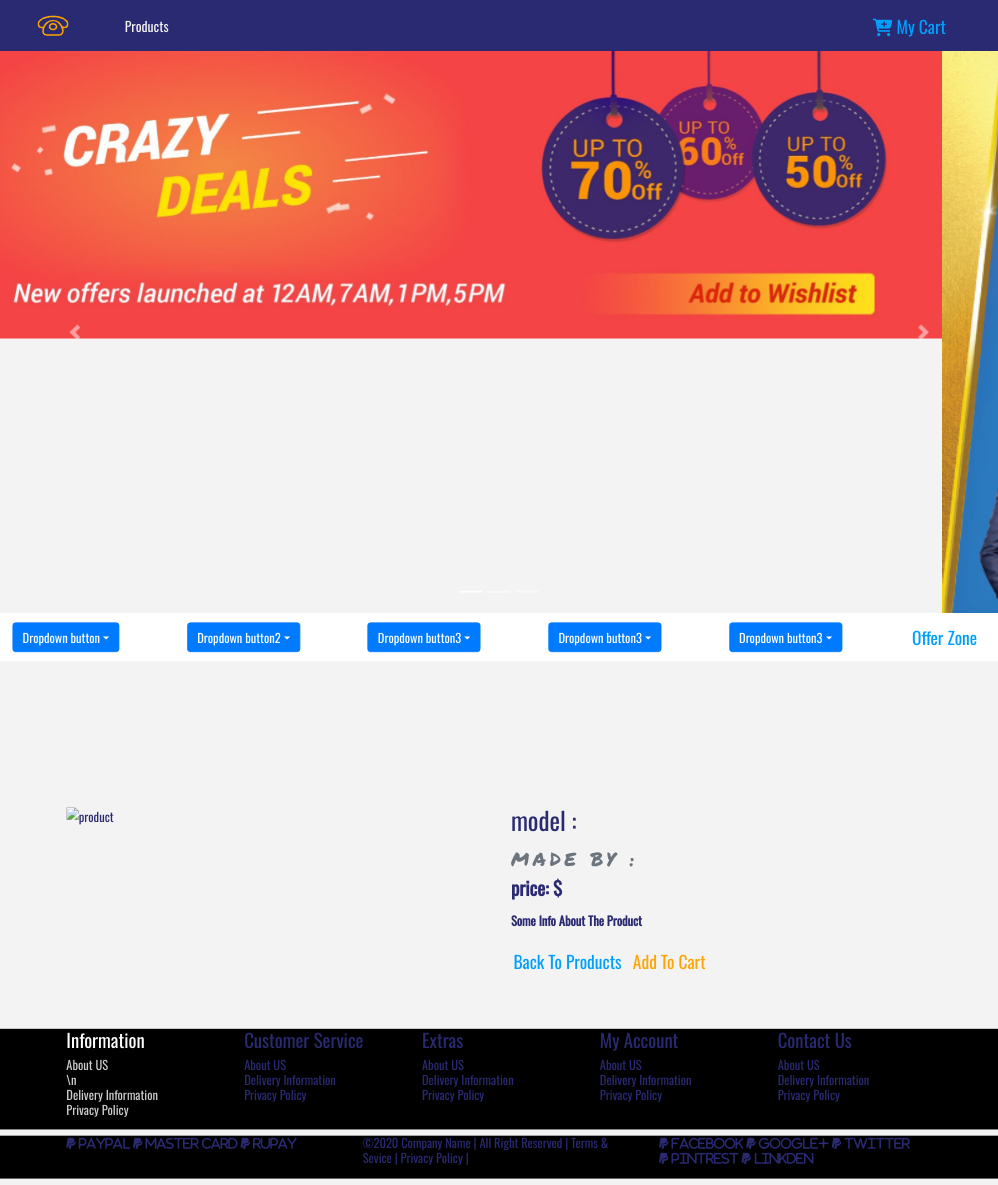
Repository: aditya1068/Online-Store
Page: /details
The author's editor kept a copy of each file at every save. The page is drawn from the files as they stood at one save, then again after the next save.
The browser window is 1280 px wide. The pictures show the whole page, at 78% of full size.
Some web libraries are served in a nearby version. The project was rebuilt for these pictures with package versions that can differ from the ones it lists, and the page was loaded fresh each time. Also part of the build but not shown: src/components/Products.js, src/components/Title.js, src/components/ProductsList.js, src/components/Cart.js, src/components/Default.js.

Above is the page before, as saved 2020-04-03 03:35:22.

### public/index.html
<!DOCTYPE html>
<html lang="en">
  <head>
    <meta charset="utf-8" />
    <link rel="icon" href="%PUBLIC_URL%/favicon.ico" />
    <meta name="viewport" content="width=device-width, initial-scale=1" />
    <meta name="theme-color" content="#000000" />
    <meta
      name="description"
      content="Web site created using create-react-app"
    />
    <link rel="apple-touch-icon" href="%PUBLIC_URL%/logo192.png" />
    <!--
      manifest.json provides metadata used when your web app is installed on a
      user's mobile device or desktop. See https://developers.google.com/web/fundamentals/web-app-manifest/
    -->
    <link rel="manifest" href="%PUBLIC_URL%/manifest.json" />
    <!--
      Notice the use of %PUBLIC_URL% in the tags above.
      It will be replaced with the URL of the `public` folder during the build.
      Only files inside the `public` folder can be referenced from the HTML.

      Unlike "/favicon.ico" or "favicon.ico", "%PUBLIC_URL%/favicon.ico" will
      work correctly both with client-side routing and a non-root public URL.
      Learn how to configure a non-root public URL by running `npm run build`.
    -->
    <!--Google Fonts-->
    <link href="https://fonts.googleapis.com/css?family=Oswald|Permanent+Marker&display=swap" rel="stylesheet">

    <!--Font Awesome-->
    <script src="https://kit.fontawesome.com/7ff98d2d13.js" crossorigin="anonymous"></script>
    <title>Store</title>
  </head>
  <body>
    <noscript>You need to enable JavaScript to run this app.</noscript>
    <div id="root"></div>
    <!--
      This HTML file is a template.
      If you open it directly in the browser, you will see an empty page.

      You can add webfonts, meta tags, or analytics to this file.
      The build step will place the bundled scripts into the <body> tag.

      To begin the development, run `npm start` or `yarn start`.
      To create a production bundle, use `npm run build` or `yarn build`.
    -->
  </body>
</html>

### src/index.js
import React from 'react';
import ReactDOM from 'react-dom';
import './index.css';
import 'bootstrap';
//import 'bootstrap/dist/css/bootstrap.css';
//import 'bootstrap/dist/js/bootstrap.js';
import App from './App';
import { BrowserRouter as Router } from 'react-router-dom';
import {ProductProvider } from './context';
import * as serviceWorker from './serviceWorker';

ReactDOM.render(
    <ProductProvider>

    <Router>
    <App/>
    </Router>

    </ProductProvider>,



 document.getElementById('root'));

// If you want your app to work offline and load faster, you can change
// unregister() to register() below. Note this comes with some pitfalls.
// Learn more about service workers: https://bit.ly/CRA-PWA
serviceWorker.unregister();

### src/App.js
import React, { Component } from "react";
import {Route,Switch} from 'react-router-dom';
import { BrowserRouter as  Router} from 'react-router-dom';
import './App.css';
import "bootstrap/dist/css/bootstrap.min.css";
import Navbar from "./components/Navbar";
import Navbar1 from "./components/Navbar1";
import ProductsList from "./components/ProductsList";
import Details from "./components/Details";
import Cart from "./components/Cart";
import Default from "./components/Default";
import Modal from './components/Modal';
import Slider from "./components/Slider";
import Footer from "./components/Footer";
import Footer2 from "./components/Footer2";

class App extends Component {
  render() {
    return(

      <Router>
        <Navbar />
        <Slider />
        <Navbar1 />

          <Switch>
            <Route path ="/" exact component ={
              () => (<ProductsList></ProductsList>)
            } />

            <Route path ="/details" exact component ={
              () => (<Details></Details>)
             } />

            <Route path ="/cart" exact component ={
              () => (<Cart></Cart>)
            } />

              <Route  component ={
              () => (<Default></Default>)
            } />

              </Switch>

            <Modal />
            <Footer /> <Footer2 />

  </Router>

    );
  }
}

export default App;

### src/context.js
import React, { Component } from 'react';
import { storeProducts, detailProduct } from './data';

const ProductContext = React.createContext();
// Provider
// Consumer

class ProductProvider extends Component {
   state = {
     products: [],
     detailProduct: detailProduct,
     cart: [],
     modalOpen: false,
     modalProduct: detailProduct,
     cartSubTotal: 0,
     cartTax: 0,
     CartTotal: 0,
   };

   componentDidMount() {
     this.setProducts();
   }

   setProducts = () => {
     let tempProducts = [];
     storeProducts.forEach(item => {
       const singleItem = { ...item };
       tempProducts = [...tempProducts, singleItem];
     });
     this.setState(() => {
       return { products: tempProducts };
     });
   };

    getItem = (id) => {
      const product = this.state.products.find(item => item.id === id);
      return product;
    };

   handleDetail =(id) => {
     const product = this.getItem(id);
     this.setState(() => {
       return { detailProduct:product };
     });
   };

 addToCart =(id) => {
   let tempProducts = [...this.state.products];
   const index = tempProducts.indexOf(this.getItem(id));
   const product = tempProducts[index];
   product.inCart = true;
   product.count = 1;
   const  price  = product.price;
   product.total = price;
   this.setState(() => {
     return { products: tempProducts, cart: [...this.state.cart, product] };
   },
   () => {
     this.addTotals();
   });
 };

    openModal = id => {
      const product = this.getItem(id);
      this.setState(() => {
        return { modalProduct: product, modalOpen: true };
      });
    }

closeModal = () => {
  this.setState(() => {
    return { modalOpen: false };
  });
};

increment = (id) => {
  let tempCart = [...this.state.cart];
  const selectedProduct = tempCart.find(item=>item.id === id);

  const index = tempCart.indexOf(selectedProduct);
  const product = tempCart[index];

  product.count += 1;
  product.total = product.count * product.price;

  this.setState(() => {
    return { cart: [...tempCart] };
  },
  () => {
    this.addTotals();
  });
}

decrement = (id) => {
  let tempCart = [...this.state.cart];
  const selectedProduct = tempCart.find(item => item.id === id);

  const index = tempCart.indexOf(selectedProduct);
  const product = tempCart[index];
  product.count = product.count - 1;
  if (product.count === 0) {
    this.removeItem(id);
  } else {
    product.total = product.count * product.price;
    this.setState(() => {
      return { cart: [...tempCart] };
    },
    () => { this.addTotals(); });
  }
};

removeItem = (id) => {
  const tempProducts = [...this.state.products];
  let tempCart = [...this.state.cart];

  tempCart = tempCart.filter(item => item.id !== id);
  const index = tempProducts.indexOf(this.getItem(id));
  const removedProduct = tempProducts[index];
  removedProduct.inCart = false;
  removedProduct.Count = 0;
  removedProduct.total = 0;
  this.setState(() => {
    return {
      cart: [...tempCart],
      products: [...tempProducts],
    };
  });
}

clearCart =() => {
  this.setState(() => {
    return { cart: [] };
  }, () => {
    this.setProducts();
    this.addTotals();
  });
};

addTotals =() => {
  let subTotal = 0;
  this.state.cart.map(item => (subTotal += item.total));
  const tempTax = subTotal * .18;
  const tax = parseFloat(tempTax.toFixed(1));
  const total = subTotal + tax;
  this.setState(() => {
    return {
      cartSubTotal: subTotal,
      cartTax: tax,
      CartTotal: total,
    };
  });
};

render() {
  return (
    <ProductContext.Provider value={{
      ...this.state,
      handleDetail: this.handleDetail,
      addToCart: this.addToCart,
      openModal: this.openModal,
      closeModal: this.closeModal,
      increment: this.increment,
      decrement: this.decrement,
      removeItem: this.removeItem,
      clearCart: this.clearCart,
    }}
    >
      {this.props.children}
    </ProductContext.Provider>
  );
}
}


const ProductConsumer = ProductContext.Consumer;

export { ProductProvider, ProductConsumer };

### src/App.css
:root{
  --mainBlue: #2a2a72;
  --lightBlue: #009ffd;
  --mainWhite: #f3f3f3;
  --mainDark: #232528;
  --mainYellow: #ffa400;
}
body{
    font-family: 'Oswald', sans-serif !important;
    background: var(--mainWhite)!important;
    color: var(--mainBlue)!important ;
}
.text-title{
font-family: 'Permanent Marker', cursive;
letter-spacing: 0.3rem;
text-transform: uppercase;
}
.text-blue{
  color: var(--mainBlue);
}
.text-bright{
  color: var(--lightBlue);
}
.btn-black{
  background: transparent;
  text-transform: capitalize;
  font-size: 0.6rem !important;
  color: var(--mainDark);
  border-radius: 0 !important;
  border: 0.1rem solid var(--mainDark) !important;
}

.btn-black:hover{
  background: var(--mainDark) !important;
  color: var(--mainWhite) !important;
}

.cart-icon{
  cursor: pointer;
  font-size: 1.2rem;
  color: var(--mainYellow);
}

### src/components/Navbar.js
import React, { Component } from 'react';
import {Link} from 'react-router-dom';
import logo from "../logo.svg";
import styled from "styled-components";
import {ButtonContainer} from  './button';
export default class Navbar extends Component{
    render(){
        return(

           <NavWrapper className="navbar navbar-expand-sm navbar-dark  px-sm-5">
               { /*
                https://www.iconfinder.com/icons/1243689/call_phone_icon
                Creative Commons (Attribution 3.0 Unported);
               https://www.iconfinder.com/Makoto_msk */}
    <Link to ='/' >
     <img src={logo} alt = "store" className="navbar-brand" />
    </Link>
    <ul className= "navbar-nav align-items-center">
        <li className="nav-item ml-5">
        <Link to= "/" className= "nav-link">
            products
            </Link>
            </li>
        </ul>
        <Link to= '/Cart' className="ml-auto">

        <ButtonContainer>
            <span className ="mr-2">
                <i className="fas fa-cart-plus"></i>  my cart
                </span> </ButtonContainer>
        </Link>
            </NavWrapper>
        );
    }
}

const NavWrapper =styled.nav`
background: var(--mainBlue);
.nav-link{
    color:var(--mainWhite)!important;
    font-size: 1.1rem;
    text-transform: capitalize;
}
`;

### src/components/Details.js
import React, { Component } from 'react';
import {ProductConsumer} from '../context';
import {Link} from 'react-router-dom';
import {ButtonContainer} from './button';
export default class Details extends Component{
    render(){
        return(

            <ProductConsumer>
                {(value)=>{
                    const {id,company,img,info,price,title,inCart}=
                    value.detailProduct;
                    return(
                        <div className="container py-5">
                            {/*title */}
                            <div className="row">
                                <div className="col-10 mx-auto text-center text-slanted text-blue my-5">
                                    <h1>{title}</h1>
                                    </div>
                            </div>

                            {/*end title */}
                            {/*Product info */}
                            <div className="row">
                                <div className="col-10 mx-auto col-md-6 my-3">

                                 <img src={img} className="img-fluid" alt="product"/>
                                </div>
                                {/* Product text */}
                                <div className="col-10 mx-auto col-md-6 my-3  text-capitalise">
                                    <h2>model :{title}</h2>
                                    <h4  className="text-title text-upercase text-muted mt-3 mb-2">
                                   made by : <span className="text-uppercase">
                                       {company}</span>  </h4>
                                       <h4 className="text-blue">
                                           <strong>
                                               price: <span>$</span>
                                          {price}
                                           </strong>
                                  </h4>
                                <p className="text-capitalize font-weight-bold mt-3 mb-0">
                                    some info about the product
                                </p>
                                <p className="text-muted lead">{info}</p>
                                {/* buttons */}
                                <div>
                                    <Link to="/">
                                        <ButtonContainer>back to products</ButtonContainer>
                                    </Link>
                                    <ButtonContainer cart
                                     disabled={inCart ? true : false}
                                     onClick={()=>{
                                        value.addToCart(id);
                                        value.openModal(id);
                                     }}
                                     >
                                        {inCart ? "inCart": "add to cart"}
                                    </ButtonContainer>

                                </div>
                            </div>
                        </div>
                        </div>
                    );
                }}

            </ProductConsumer>

        );
    }

}

### src/components/Modal.js
import React, { Component } from 'react'
import styled from 'styled-components';
import {ProductConsumer} from '../context';
import {ButtonContainer } from './button';
import {Link} from "react-router-dom";


export default class  extends Component {
    render() {
        return (
            <ProductConsumer>
                {(value) => {
                    const {modalOpen,closeModal} = value;
                    const {img,title,price} = value.modalProduct;

                    if(!modalOpen){
                        return null;
                    }

                    else{
                return (
                <ModalContainer>
    <div className="container">
    <div className="row">
      <div id="modal" className= "col-8 mx-auto col-md-6 col-lg-4 text-center text-capitalize">
    <h5>item added to the cart</h5>
    <img src={img} className="img-fluid" alt="product" />
    <h5>{title}</h5>
    <h5 className= "text-muted">price : $ {price} </h5>
    <Link to ='/'>
        <ButtonContainer onClick={()=>closeModal()}>
            continue Shopping
        </ButtonContainer>
    </Link>
    <Link to ='/cart'>
        <ButtonContainer cart onClick={()=>closeModal()}>
            go to Cart
        </ButtonContainer>
    </Link>
    </div>
    </div> </div>
                        </ModalContainer>
                        );

                }
            }}
            </ProductConsumer>
        );
    }
}

const ModalContainer = styled.div`
position:fixed;
top: 0;
left: 0;
right: 0;
bottom: 0;
background: rgba(0,0,0,0.3);
display: flex;
align-items: center;
justufy-content: center;
#modal{
    background: var(--mainWhite);
}
`;

### src/components/Slider.js
import React, { Component } from 'react'
import Carousel from 'react-bootstrap/Carousel'
//import Carousel from 'react-multi-carousel';
import 'react-multi-carousel/lib/styles.css';
import {Link} from 'react-router-dom';

export default class Slider extends Component {
    render() {
        return (
            <div>
                <Carousel>
  <Carousel.Item>
    <img
      className="d-block w-100"
      src="img/slider1.jpg"
      alt="First slide"
    />
    <Carousel.Caption>
      <h3></h3>
      <p></p>
    </Carousel.Caption>
  </Carousel.Item>
  <Carousel.Item>
    <img
      className="d-block w-100"
      src="img/slider2.jpg"
      alt="Second slide"
    />

    <Carousel.Caption>

    </Carousel.Caption>
  </Carousel.Item>
  <Carousel.Item>
    <img
      className="d-block w-100"
      src="img/slider3.jpg"
      alt="Third slide"
    />


  </Carousel.Item>
</Carousel>
            </div>
        )
    }
}

### src/components/Footer.js
import React, { Component } from 'react';


export default class Footer extends Component {
    render() {
      return (
          <div className="main-footer"  >
             <h1 style={{backgroundColor: "black"}}>
              <div className= "container">
              <div className= "row">
                  {/* column1 */}
                  <div className= "col">
                  <h4 style={{color: "#ffffff"}}>Information</h4>
                      <ul className="list-unstyled" style={{color: "#cccccc"}} >
                         <h6> <li>About US</li> \n
                          <li>Delivery Information</li>
                          <li>Privacy Policy</li></h6>
                      </ul>
                  </div>
                  {/* column2 */}
                  <div className= "col">
                      <h4>Customer Service</h4>
                      <ul className="list-unstyled">
                         <h6> <li>About US</li>
                          <li>Delivery Information</li>
                          <li>Privacy Policy</li></h6>
                      </ul>
                  </div>
                  {/* column3 */}
                  <div className= "col">
                      <h4>Extras</h4>
                      <ul className="list-unstyled">
                         <h6> <li>About US</li>
                          <li>Delivery Information</li>
                          <li>Privacy Policy</li></h6>
                      </ul>
                  </div>
                  {/*column 4 */}
                  <div className= "col">
                      <h4>My Account</h4>
                      <ul className="list-unstyled">
                        <h6>  <li>About US</li>
                          <li>Delivery Information</li>
                          <li>Privacy Policy</li></h6>
                      </ul>
                  </div>
                   {/*column 5 */}
                   <div className= "col">
                      <h4>Contact Us</h4>
                      <ul className="list-unstyled">
                        <h6>  <li>About US</li>
                          <li>Delivery Information</li>
                          <li>Privacy Policy</li></h6>
                      </ul>
                  </div>



                  </div>
              </div></h1>
          </div>

      )
      }}

### src/components/Footer2.js
import React, { Component } from 'react';

export default class Footer2 extends Component {
    render() {
      return (
        <div className="second-footer">
            <h1 style={{backgroundColor: "black"}}>
              <div className= "container">
              <div className= "row">
                  {/* column1 */}
                  <div className= "col">
                      <ul className="list-unstyled">
                        <h6> <i className="fab fa-paypal"> Paypal </i> {""}
                          <i className="fab fa-paypal"> Master Card </i> {""}
                          <i className="fab fa-paypal"> Rupay </i> {""}</h6>
                      </ul>
                  </div>
                          {/* column2 */}
                   <div className= "col">

                      <ul className="list-unstyled">
                         <h6>  &copy;{(new Date().getFullYear())} Company Name | All Right Reserved |
                           Terms & Sevice | Privacy Policy |    </h6>
                      </ul>
                  </div>

                        {/*Column 3*/}
                        <div className= "col">
                      <ul className="list-unstyled">
                     <h6><i className="fab fa-paypal"> Facebook </i> {""}
                          <i className="fab fa-paypal"> Google+ </i> {""}
                          <i className="fab fa-paypal"> Twitter </i> {""}
                          <i className="fab fa-paypal"> Pintrest </i> {""}
                          <i className="fab fa-paypal"> Linkden </i> {""}</h6>

                      </ul>
                  </div>
                     </div>
                  </div></h1>
                 </div>



      )
    }
}

### src/components/button.js
import styled from "styled-components"



export const ButtonContainer = styled.button`
text-transform:capitalize;
font-size:1.4rem;
background: transparent;
border: 0.05 rem solid var(--lightBlue);
color: var(--lightBlue);
border-color: ${props => (props.cart? "var(--mainYellow)": "var--(lightBlue)")};
color ${prop => prop.cart ? "var(--mainYellow)": "var--(lightBlue)"};
border-radius: 0.5rem;
padding:0.2rem;
cursor:pointer;
margin:0.2rem 0.5rem 0.2rem 0;
transition:all 0.5s ease-in-out;
&:hover: {
    background:${prop => prop.cart ? "var(--mainYellow)": "var--(lightBlue)"};
    color:var(--mainBlue);
}
&:focus{
    outLine: none;
}
`;

Loaded but not shown: src/index.css (common file); src/serviceWorker.js (common file); src/data.js (99 lines, source omitted); src/components/Navbar1.js (89 lines, source omitted)

After the next save:
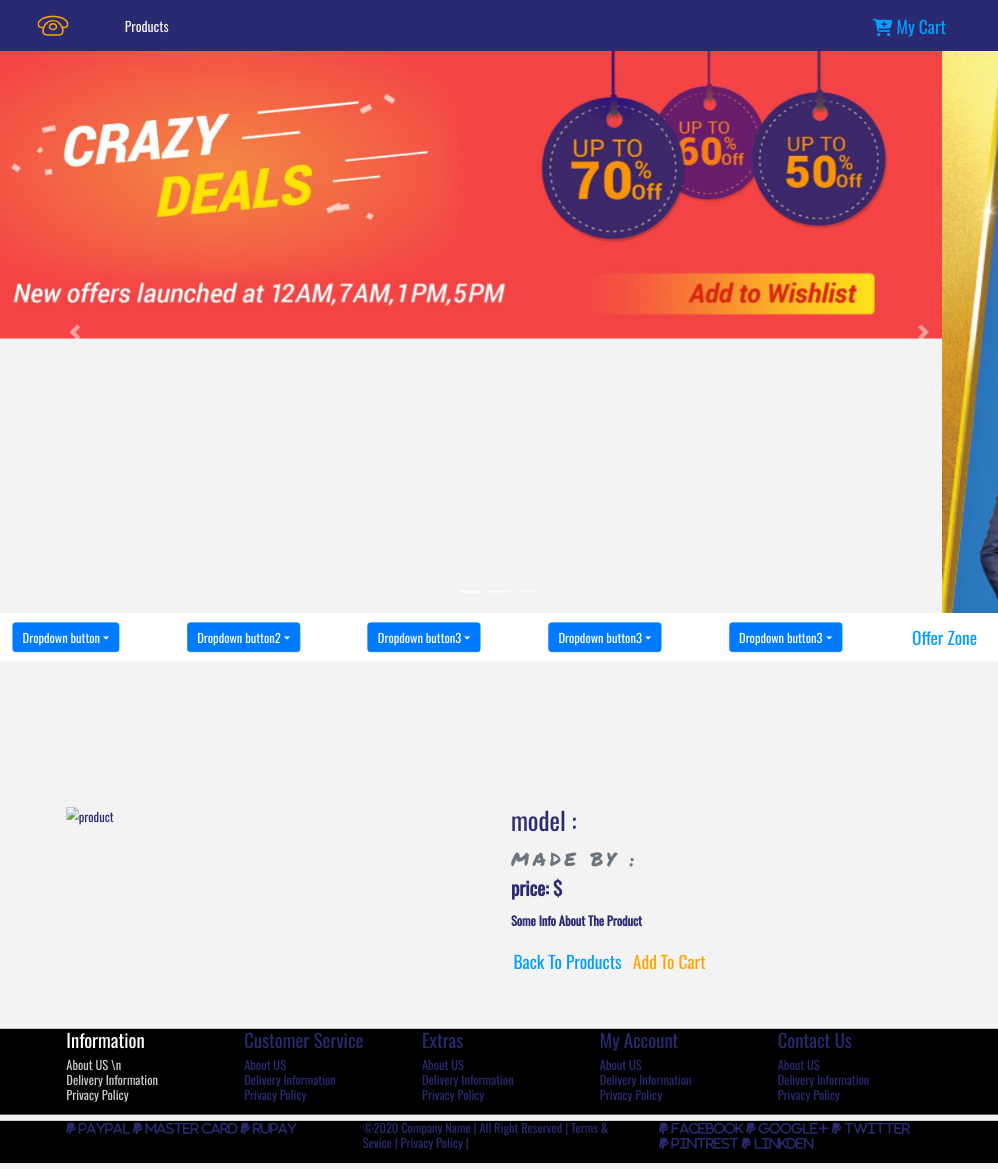
Saved 16 s later.
--- a/src/components/Footer.js
+++ b/src/components/Footer.js
@@ -12,7 +12,7 @@ export default class Footer extends Component {
                   <div className= "col">
                   <h4 style={{color: "#ffffff"}}>Information</h4>
                       <ul className="list-unstyled" style={{color: "#cccccc"}} >
-                         <h6> <li>About US</li> \n
+                         <h6> <li>About US \n</li>
                           <li>Delivery Information</li>
                           <li>Privacy Policy</li></h6>
                       </ul>
